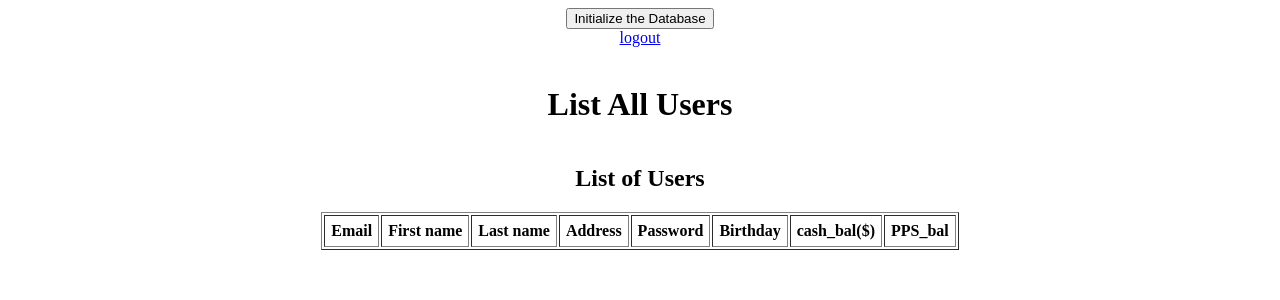
Repository: jrule5960/Tree-Cutting-Database
Page: http://localhost/database/rootView.jsp
The author's editor kept a copy of each file at every save. The page is drawn from the files as they stood at one save, then again after the next save.
The browser window is 1280 px wide. The pictures show the whole page.
The page is served by Tomcat 9.

Above is the page before, as saved 2023-10-16 20:56:54.

After the next save:
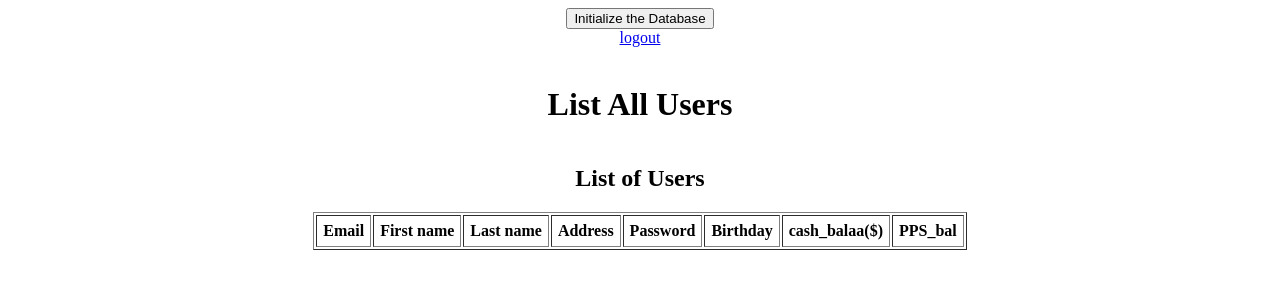
Saved 93 s later.
--- a/database/WebContent/rootView.jsp
+++ b/database/WebContent/rootView.jsp
@@ -28,7 +28,7 @@
                 <th>Address</th>
                 <th>Password</th>
                 <th>Birthday</th>
-                <th>cash_bal($)</th>
+                <th>cash_balaa($)</th>
                 <th>PPS_bal</th>
             </tr>
             <c:forEach var="users" items="${listUser}">
